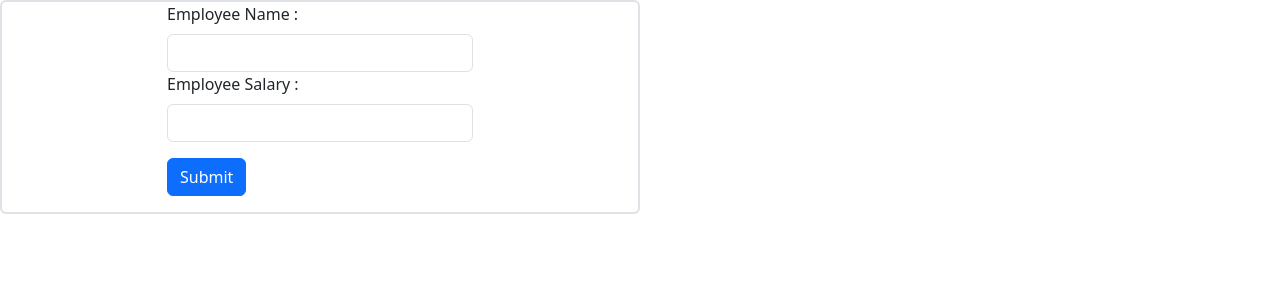
Repository: RG4025/AdvanceJava
Page: ClassWorkFeb15/src/main/webapp/GrossSalary.html
The author's editor kept a copy of each file at every save. The page is drawn from the files as they stood at one save, then again after the next save.
The browser window is 1280 px wide. The pictures show the whole page.

Above is the page before, as saved 2024-02-15 07:17:05.

### ClassWorkFeb15/src/main/webapp/GrossSalary.html
<!DOCTYPE html>
<html>
<head>
<meta charset="ISO-8859-1">
<title>Insert title here</title>
</head>
<link href="https://cdn.jsdelivr.net/npm/bootstrap@5.3.2/dist/css/bootstrap.min.css" rel="stylesheet" integrity="sha384-T3c6CoIi6uLrA9TneNEoa7RxnatzjcDSCmG1MXxSR1GAsXEV/Dwwykc2MPK8M2HN" crossorigin="anonymous">

<body>

		<section class=" w-50 d-flex justify-content-center align-items-center">

		<div class="Main2  mx-auto container border border-2 roundes rounded-2 ">
			<form class="col-12 col-md-6 mx-auto" method="post" action="FirstSalary">
					  <div class="mb-3">
					    <label for="exampleInputEmail1" class="form-label">Employee Name : </label>
					    <input type="text" class="form-control" name="name">

					  <div class="mb-3">
					    <label for="exampleInputPassword1" class="form-label">Employee Salary : </label>
					    <input type="text" class="form-control" name="sal">
					  </div>



					  <button type="submit" class="btn btn-primary">Submit</button>
			</form>

		</div>
	</section>
	<script src="https://cdn.jsdelivr.net/npm/bootstrap@5.3.2/dist/js/bootstrap.bundle.min.js" integrity="sha384-C6RzsynM9kWDrMNeT87bh95OGNyZPhcTNXj1NW7RuBCsyN/o0jlpcV8Qyq46cDfL" crossorigin="anonymous"></script>

</body>
</html>

After the next save:
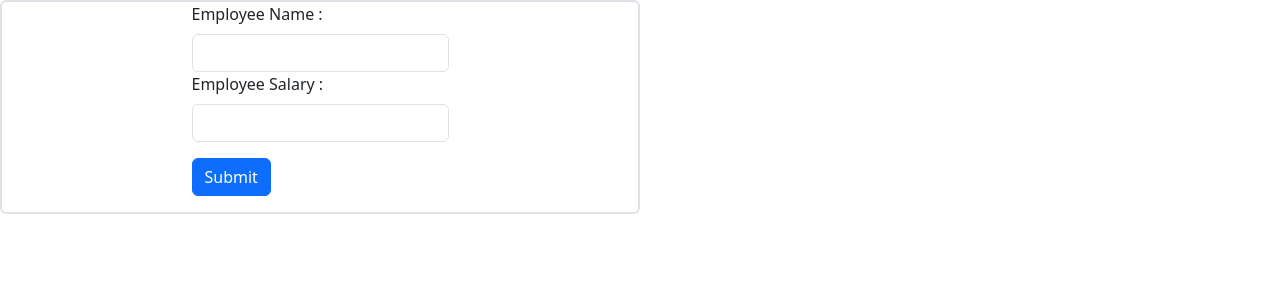
Saved 9 s later.
--- a/ClassWorkFeb15/src/main/webapp/GrossSalary.html
+++ b/ClassWorkFeb15/src/main/webapp/GrossSalary.html
@@ -11,7 +11,7 @@
 		<section class=" w-50 d-flex justify-content-center align-items-center">
 
 		<div class="Main2  mx-auto container border border-2 roundes rounded-2 ">
-			<form class="col-12 col-md-6 mx-auto" method="post" action="FirstSalary">
+			<form class="col-12 col-md-6 mx-auto d-flex justify-content-center align-items-center" method="post" action="FirstSalary">
 					  <div class="mb-3">
 					    <label for="exampleInputEmail1" class="form-label">Employee Name : </label>
 					    <input type="text" class="form-control" name="name">
